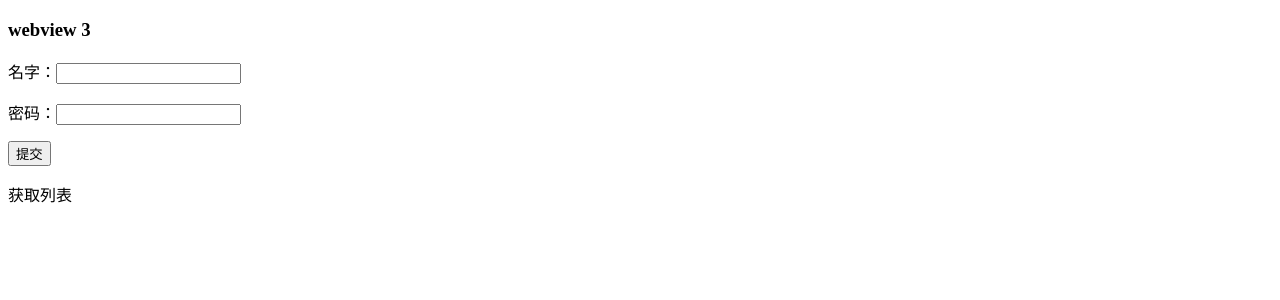
Repository: yangzz999/vscode_plugin
Page: src/view/webview3.html
These files come from the project's save history. The page is drawn as it stood at one moment and after the next save; the edit follows.
The browser window is 1280 px wide. The pictures show the whole page.

Above is the page before, as saved 2020-04-20 12:01:32.
Console error: ReferenceError: acquireVsCodeApi is not defined

After the next save:
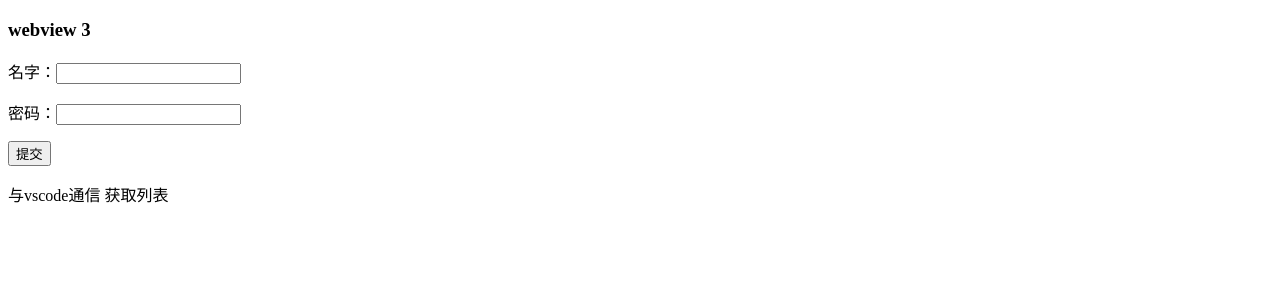
Saved 15 s later.
--- a/src/view/webview3.html
+++ b/src/view/webview3.html
@@ -23,7 +23,7 @@
 						<input type="button" @click="submitForm()" name="Button" value="提交"/>
 					</p>
 				</form>
-				<el-button type="primary" @click="openHint()" name="Button" value="与vscode通信"></el-button>
+				<el-button type="primary" @click="openHint">与vscode通信</el-button>
 				<el-button @click="getList" type="primary">获取列表</el-button>
 				<el-select v-model="value" placeholder="请选择">
 					<el-option
